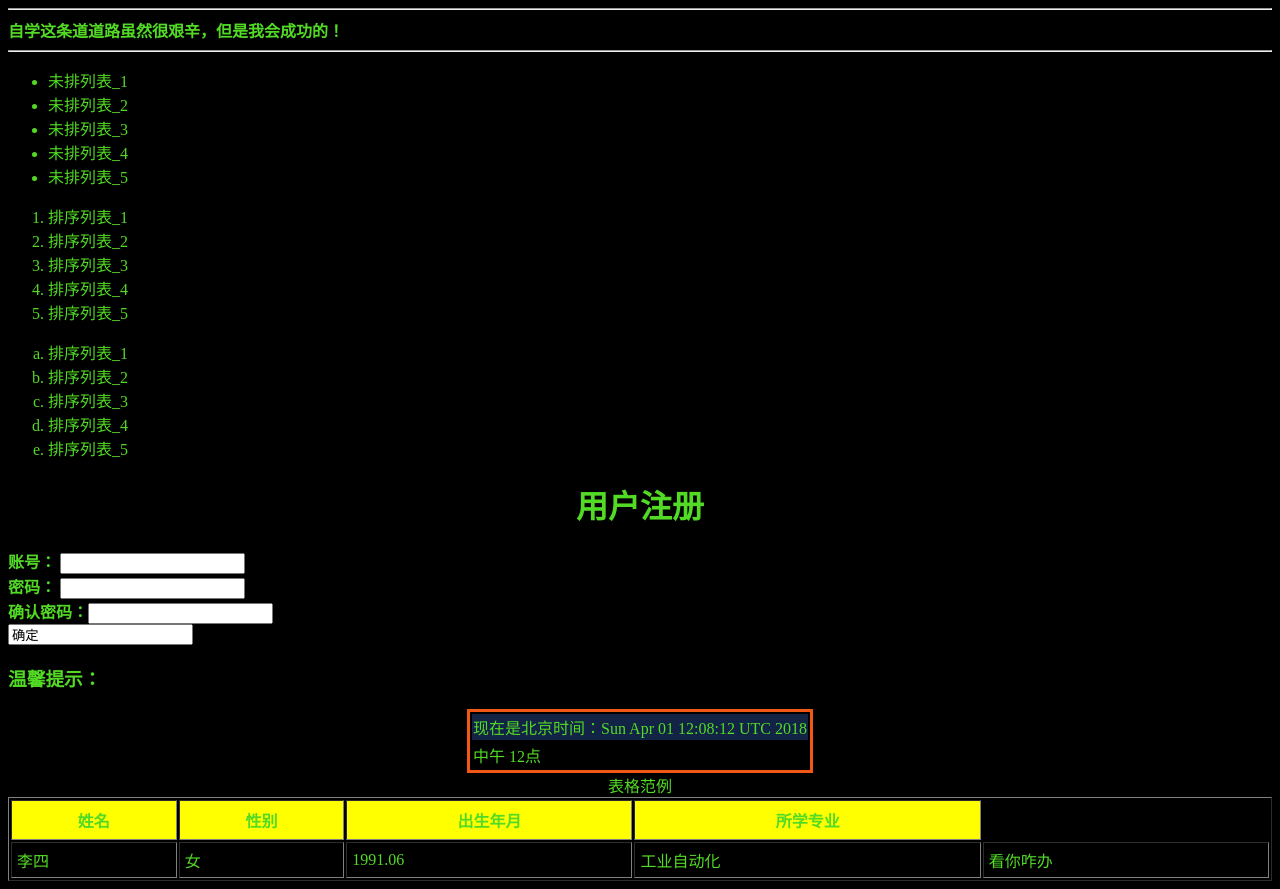
Repository: Coder-YJ/Java
Page: http://localhost/JspTest/test.jsp
An editor plug-in stored every save of this project. The page is shown before and after the next save, followed by the edit.
The browser window is 1280 px wide. The pictures show the whole page.
The page is served by Tomcat 9.

Above is the page before, as saved 2018-04-01 12:56:24.

After the next save:
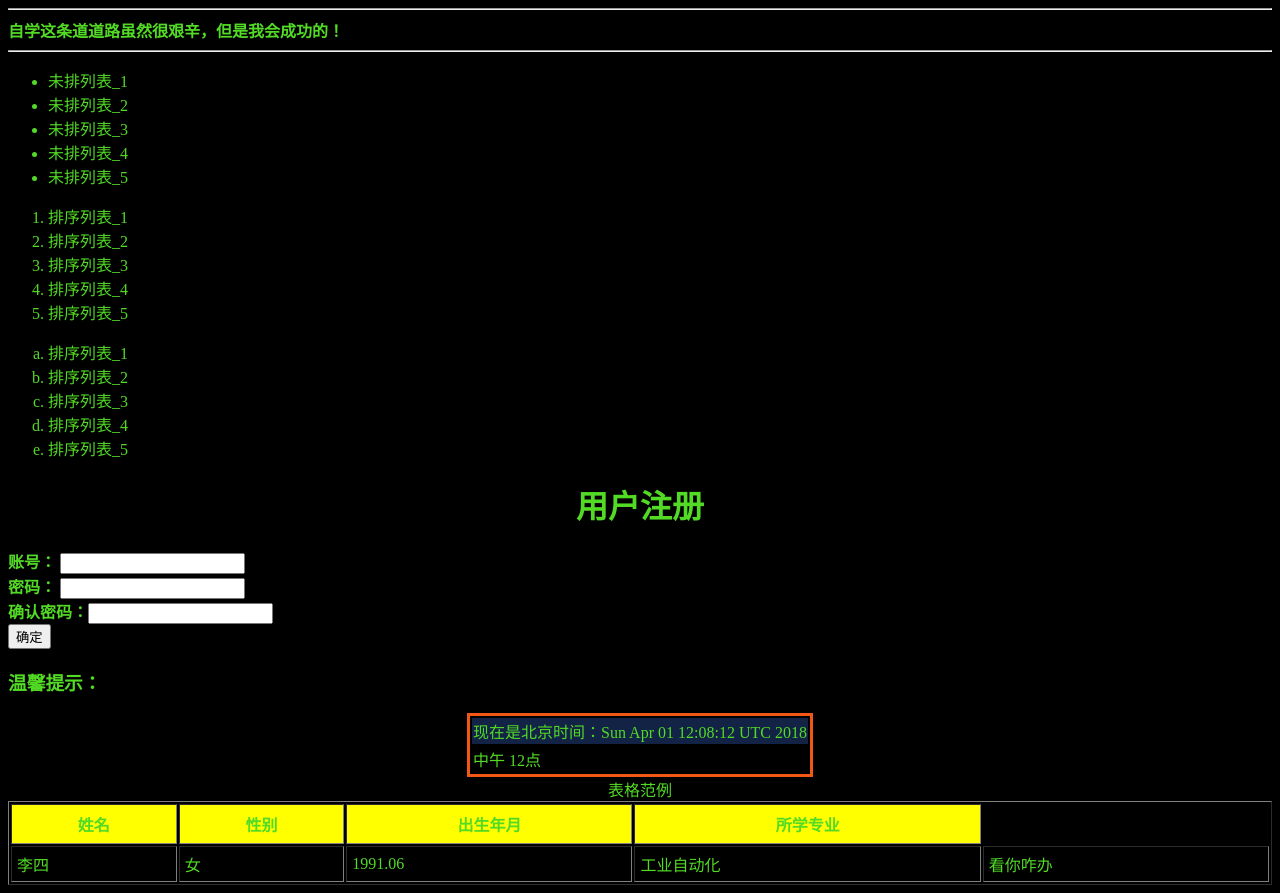
Saved 50 s later.
--- a/MyEclipse10/JspTest/WebRoot/test.jsp
+++ b/MyEclipse10/JspTest/WebRoot/test.jsp
@@ -39,7 +39,7 @@
 		<b>账号：  </b><input type="text" name="id"><br>
 		<b>密码：  </b><input type="password" name="password"><br>
 		<b>确认密码：</b><input type="password" name="checkPWD"><br>
-		<input type="submmit" value="确定">
+		<input type="submit" value="确定">
 	</form>
 	<table align="center" bordercolor="#F25815">
 		<h3>温馨提示：</h3>
